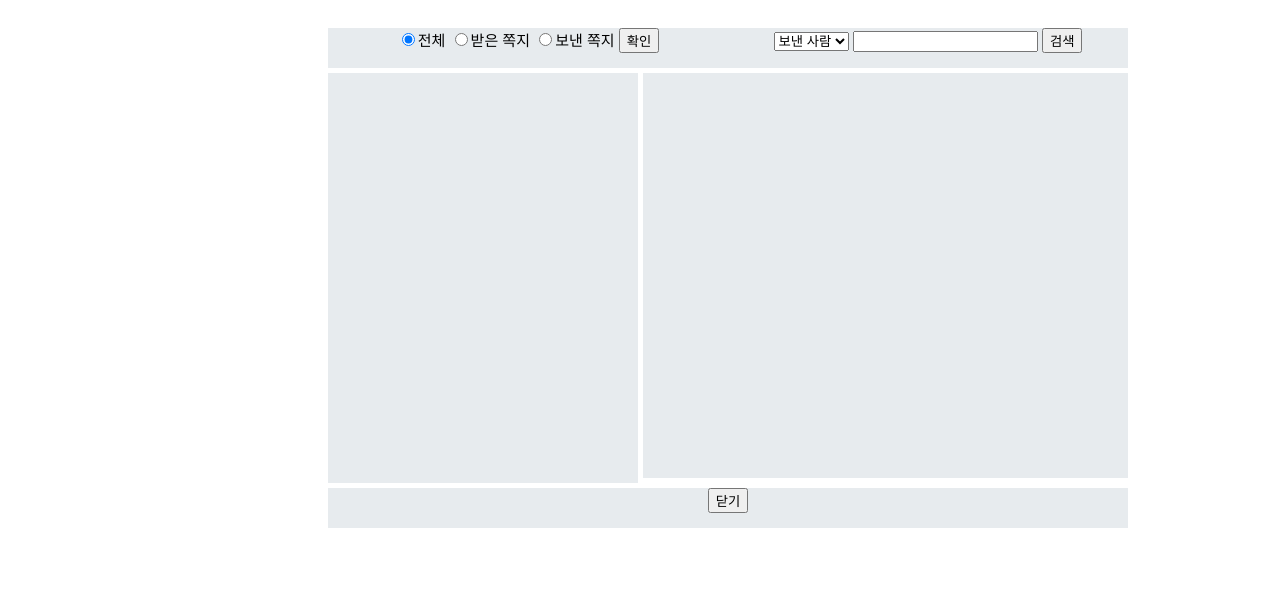
Repository: heebedev/TheJoeun_JSP
Page: http://localhost/TeamProject_05/messageFinal.jsp
An editor plug-in stored every save of this project. The page is shown before and after a run of saves, followed by the edit.
The browser window is 1280 px wide. The pictures show the whole page.
The page is served by Tomcat 9. Other server files are loaded and not shown.

Above is the page before, as saved 2020-06-17 03:38:39.

### TeamProject_05/WebContent/messageFinal.jsp
<%@ page language="java" contentType="text/html; charset=UTF-8"
    pageEncoding="UTF-8"%>
<%@ taglib prefix="c" uri="http://java.sun.com/jsp/jstl/core" %>
<!DOCTYPE html>
<html>
<head>
<meta charset="UTF-8">
<title>쪽지 보관함</title>
	<script type="text/JavaScript">

         function msgDetail(textseq, nickname_send, nickname_receive, message, insertdate) {
               	var seq = textseq;
               	var send = nickname_send;
               	var receive = nickname_receive;
               	var msg = message;
               	var date = insertdate;

               	document.getElementById("send").innerHTML = '보낸사람 : ' + send;
               	document.getElementById("receive").innerHTML = '받는사람 : ' + receive;
               	document.getElementById("message").innerHTML = msg;
               	document.getElementById("date").innerHTML = date;

        	}
    </script>

	<style>
	.item1 { grid-area: header1; height: 40px; margin: 0 300px 0 300px; width: 800px;}
	.item2 { grid-area: menu; height: 400px; margin: 0 0 0 300px; width: 300px;}
	.item3 { grid-area: main; height: 405px; margin: 0 530px 0 0; width: 485px;}
	.item4 { grid-area: footer; height: 40px; margin: 0 300px 0 300px; width: 800px;}
	.tablenick_send { grid-area: nicksend;}
	.tablenick_receive { grid-area: nickreceive;}
	.tabledate { grid-area: date;}
	.tablemessage { grid-area: message;}
	.detail_send { grid-area: detailsend; width:458px; font-weight: bold; text-align: left; padding-top:20px; padding-left:20px;}
	.detail_receive { grid-area: detailreceive; width:458px; font-weight: bold; text-align: left; padding-left:20px;}
	.detaildate { grid-area: detaildate; padding-top: 20px; width:458px;}
	.detailmessage { grid-area: detailmessage; vertical-align: bottom; padding-top:20px; width:458px;}


	.grid-container {
	  display: grid;
	  grid-template-areas:
	    'header1 header1 header1'
	    'menu main main'
	    'footer footer footer';
	  grid-gap: 5px;
	  padding: 20px;
	  font-family: sans-serif;
	}

	.item2 {
	  display: grid;
	  grid-template-areas:
	    'nicksend nickreceive'
	    'message'
	    'date';
	  padding: 5px;
	  font-family: sans-serif;
	  overflow: scroll;
	}

	.grid-container > div {
	  background-color: rgba(231, 235, 238, 100);
	  text-align: center;
	  font-size: 15px;
	}

	form {
		display: inline;
		vertical-align: middle;
	}

	.tablemessage {
    overflow: hidden;
    text-overflow: ellipsis;
    white-space: nowrap;
    width: 280px;
	}

	.tablenick_send {
	 float:left;
     font-weight: bold;
	}
	.tablenick_receive {
	 float:right;
     font-weight: bold;
	}

	.tabledate {
    float: right;
	}

	.messageTable {
    width: 280px;
    border-top:1px solid silver;
    border-bottom:1px solid silver;
    margin-bottom:5px;

	}
	.messageTable:active {
    background-color: silver;

	}
	</style>
</head>
<body>
		<div class="grid-container">
		  <div class="item1">
		  	<div style="float: left; width: 50%;">
			  	<form action="message.bill" method="post" align="left">
					<input type="radio" name="selection" value="total" checked="checked">전체
					<input type="radio" name="selection" value="receive">받은 쪽지
					<input type="radio" name="selection" value="send">보낸 쪽지
					<input type="submit" value="확인">
			  	</form>
		  	</div>
		  	<div style="float: right; width: 50%;">
		  		<form action="message.bill" method="post" align="right">
				<select name="search">
					<option value="nick_send">보낸 사람</option>
					<option value="nick_receive">받는 사람</option>
					<option value="message">내용</option>
				</select>
					<input type="text" width="100" name="searchText">
					<input type="submit" value="검색">
		  		</form>
		  	</div>
		  </div>
		  <div class="item2">
				<c:forEach items="${messageList }" var="message">
					<div class="messageTable" onClick = "msgDetail(${message.textseq},'${message.nickname_send}', '${message.nickname_receive}', '${message.message}', '${message.date}')">
						<div class="tablenick_send" text-align="left">보낸 사람 : ${message.nickname_send}</div>
						<div class="tablenick_receive" text-align="right">받는 사람 : ${message.nickname_receive}</div>
						<div class="tablemessage">${message.message}</div>
						<div class="tabledate" text-align="right">${message.date}</div>
					</div>
				</c:forEach>
			</div>
		  <div class="item3">
			<div class="detailTable">
				<div id="send" class="detail_send" text-align="left"></div>
				<div id="receive" class="detail_receive" text-align="right"></div>
				<div id="message" class="detailmessage"></div>
				<div id="date" class="detaildate" text-align="right"></div>
			</div>
		  </div>
		  <div class="item4"><input type="button" value="닫기" onClick="window.close()"></div>
		</div>



</body>
</html>

After the next 2 saves:
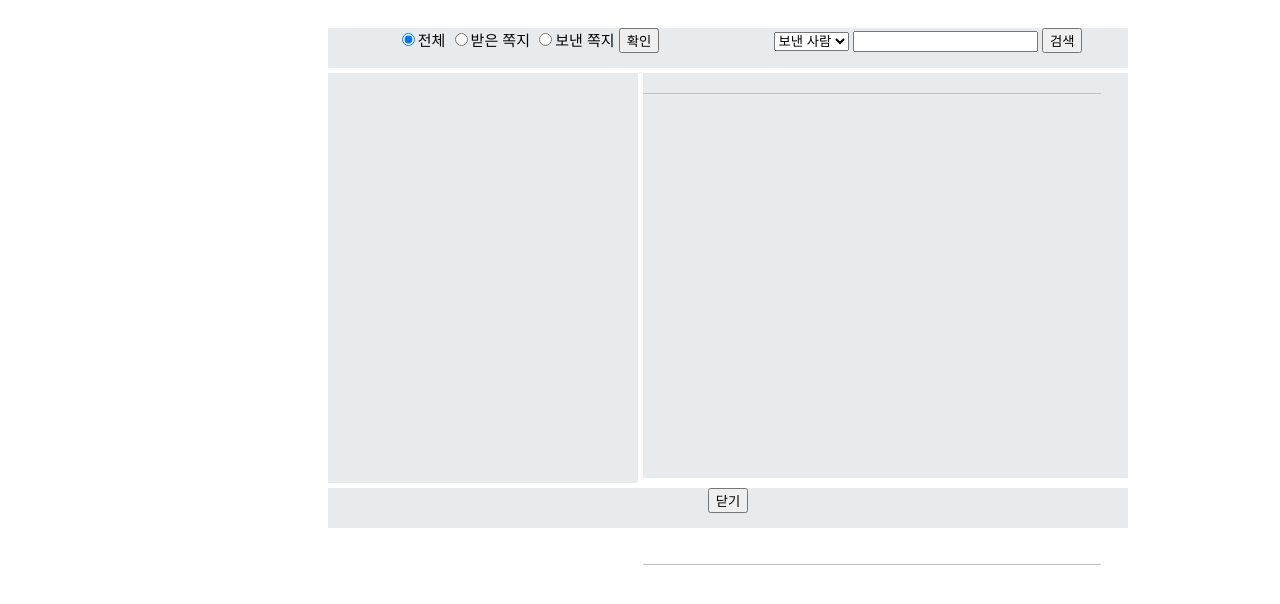
The 2 saves are shown as one change because they came seconds apart.
The last was saved 95 s later.
--- a/TeamProject_05/WebContent/messageFinal.jsp
+++ b/TeamProject_05/WebContent/messageFinal.jsp
@@ -34,8 +34,8 @@
 	.tablemessage { grid-area: message;}
 	.detail_send { grid-area: detailsend; width:458px; font-weight: bold; text-align: left; padding-top:20px; padding-left:20px;}
 	.detail_receive { grid-area: detailreceive; width:458px; font-weight: bold; text-align: left; padding-left:20px;}
-	.detaildate { grid-area: detaildate; padding-top: 20px; width:458px;}
-	.detailmessage { grid-area: detailmessage; vertical-align: bottom; padding-top:20px; width:458px;}
+	.detaildate { grid-area: detaildate; padding-top: 20px; width:458px; }
+	.detailmessage { grid-area: detailmessage; vertical-align: bottom; padding-top:20px; width:458px; border-bottom: 1px solid silver; border-top: 1px solid silver; height:450px;}
 
 
 	.grid-container {
